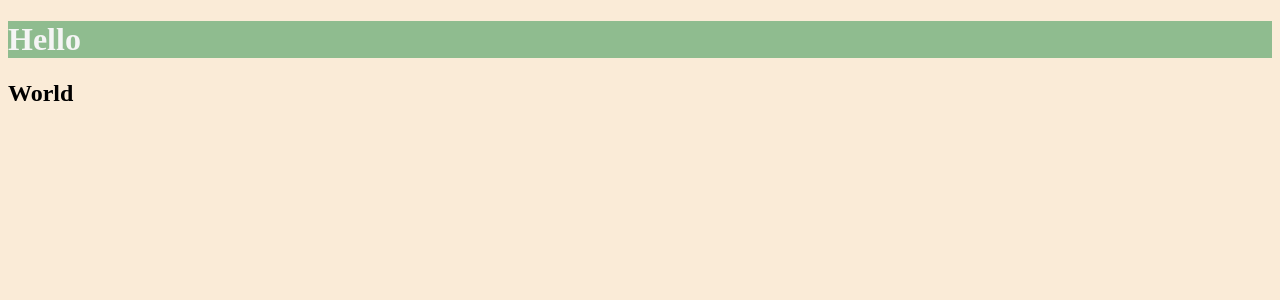
Repository: larabiondic/wp_biondic_lara
Page: CSS_Colors/index.html
The author's editor kept a copy of each file at every save. The page is drawn from the files as they stood at one save, then again after the next save.
The browser window is 1280 px wide. The pictures show the whole page.

Above is the page before, as saved 2025-11-10 13:54:20.

After the next save:
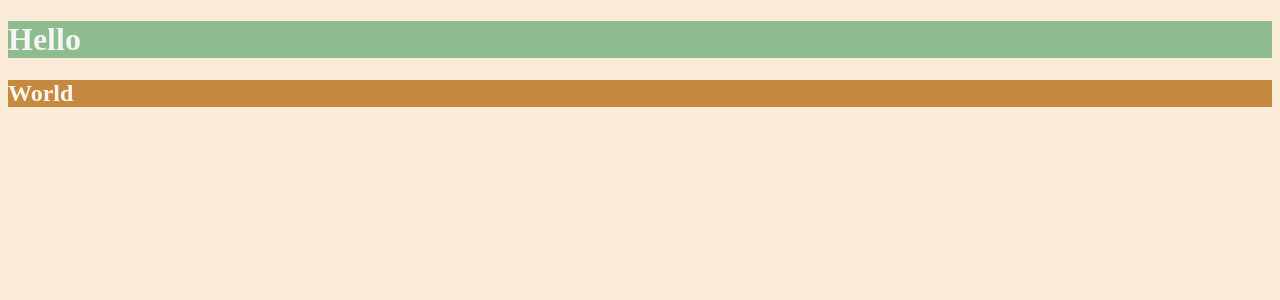
Saved 30 s later.
--- a/CSS_Colors/index.html
+++ b/CSS_Colors/index.html
@@ -19,6 +19,11 @@
           {color: whitesmoke;
            background-color: darkseagreen;
     }
+
+    h2
+          {color: #FAF8F1;
+           background-color: #C58940;
+    }
   </style>
 </head>
 
